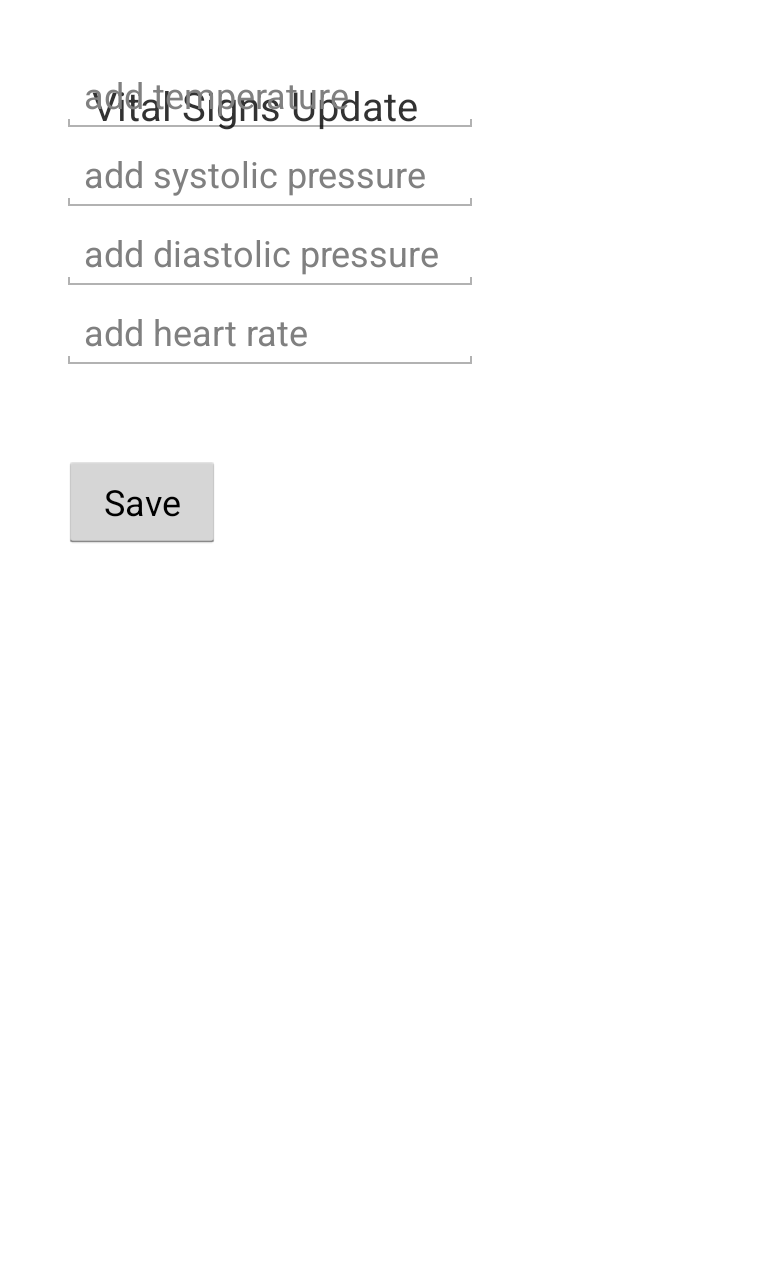
Repository: jackys-95/Aloha
Layout: app/Phase 2/res/layout/activity_vital_signs_update.xml
The author's editor kept a copy of each file at every save. The layout is drawn from the files as they stood at one save, then again after the next save.
It is drawn on a 768 x 1280 px phone screen (xhdpi) without system bars, with theme AppTheme; the app's code is not run.

Above is the layout before, as saved 2014-11-05 00:46:48.

After the next save:
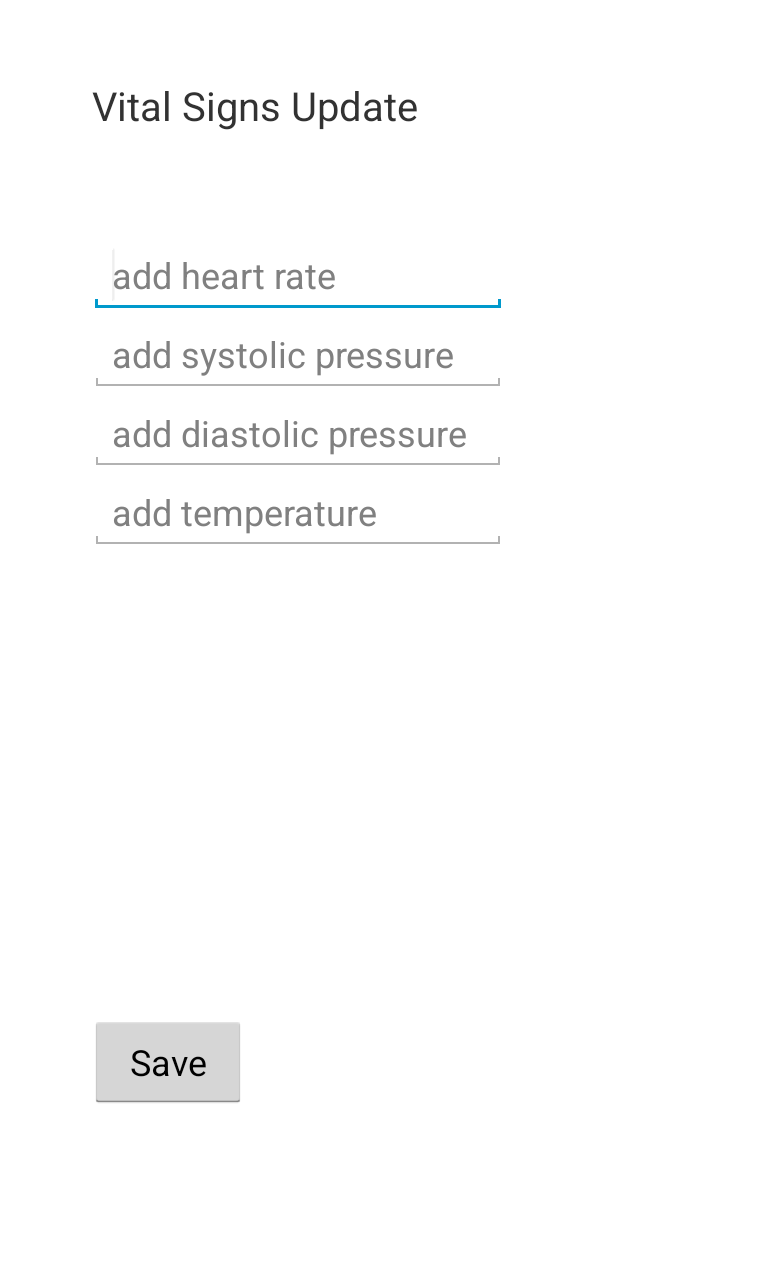
Saved 24 min 39 s later.
--- a/app/Phase 2/res/layout/activity_vital_signs_update.xml
+++ b/app/Phase 2/res/layout/activity_vital_signs_update.xml
@@ -17,14 +17,39 @@
         android:layout_marginLeft="30dp"
         android:layout_marginTop="23dp"
         android:text="@string/VitalSignsUpdate"
-        android:textSize = "20sp" />
+        android:textSize="20sp" />
+
+    <Button
+        android:id="@+id/save"
+        android:layout_width="80dp"
+        android:layout_height="wrap_content"
+        android:layout_alignLeft="@+id/editText4"
+        android:layout_alignParentBottom="true"
+        android:layout_marginBottom="69dp"
+        android:text="@string/Save" />
+
+    <EditText
+        android:id="@+id/editText4"
+        android:layout_width="wrap_content"
+        android:layout_height="wrap_content"
+        android:layout_alignParentLeft="true"
+        android:layout_below="@+id/Date"
+        android:layout_marginLeft="28dp"
+        android:layout_marginTop="52dp"
+        android:ems="10"
+        android:hint="@string/addHeartRate"
+        android:inputType="number" >
+
+        <requestFocus />
+    </EditText>
 
     <EditText
         android:id="@+id/editText2"
         android:layout_width="wrap_content"
         android:layout_height="wrap_content"
-        android:layout_alignLeft="@+id/editText1"
-        android:layout_below="@+id/editText1"
+        android:layout_alignParentLeft="true"
+        android:layout_below="@+id/editText4"
+        android:layout_marginLeft="28dp"
         android:ems="10"
         android:hint="@string/addSystolicPressure"
         android:inputType="number" />
@@ -33,42 +58,22 @@
         android:id="@+id/editText3"
         android:layout_width="wrap_content"
         android:layout_height="wrap_content"
-        android:layout_alignLeft="@+id/editText2"
+        android:layout_alignParentLeft="true"
         android:layout_below="@+id/editText2"
+        android:layout_marginLeft="28dp"
         android:ems="10"
         android:hint="@string/addDiastolicPressure"
-        android:inputType="number" />
-
-    <EditText
-        android:id="@+id/editText4"
-        android:layout_width="wrap_content"
-        android:layout_height="wrap_content"
-        android:layout_alignLeft="@+id/editText3"
-        android:layout_below="@+id/editText3"
-        android:ems="10"
-        android:hint="@string/addHeartRate"
         android:inputType="number" />
 
     <EditText
         android:id="@+id/editText1"
         android:layout_width="wrap_content"
         android:layout_height="wrap_content"
-        android:layout_alignLeft="@+id/textView1"
-        android:layout_below="@+id/textView1"
-        android:layout_marginLeft="14dp"
-        android:layout_marginTop="12dp"
+        android:layout_alignParentLeft="true"
+        android:layout_below="@+id/editText3"
+        android:layout_marginLeft="28dp"
         android:ems="10"
         android:hint="@string/addTemperature"
         android:inputType="number" />
 
-    <Button
-        android:id="@+id/save"
-        android:layout_width="80dp"
-        android:layout_height="wrap_content"
-        android:layout_below="@+id/editText4"
-        android:layout_marginLeft="15dp"
-        android:layout_marginTop="41dp"
-        android:layout_toRightOf="@+id/textView1"
-        android:text="@string/Save" />
-
 </RelativeLayout>
